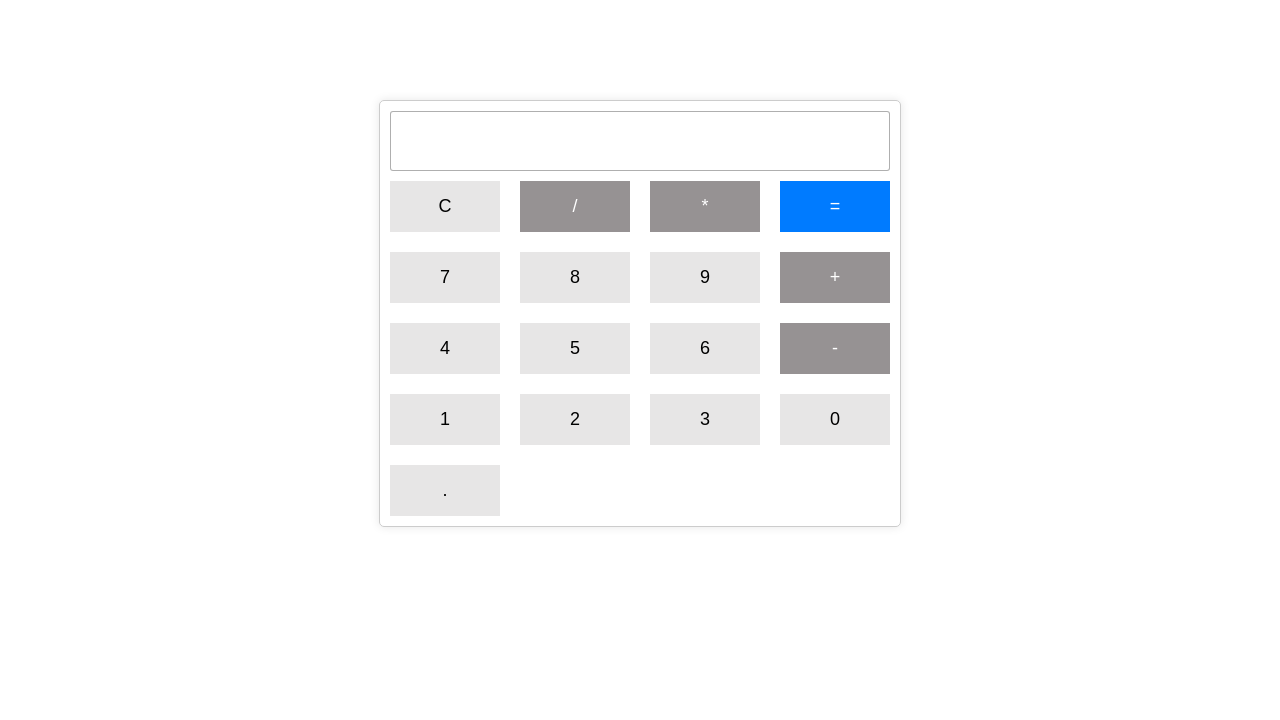
Repository: om9011/calculator
Page: index.html
An editor plug-in stored every save of this project. The page is shown before and after a run of saves, followed by the edit.
The browser window is 1280 px wide. The pictures show the whole page.

Above is the page before, as saved 2024-02-21 11:17:55.

After the next 2 saves:
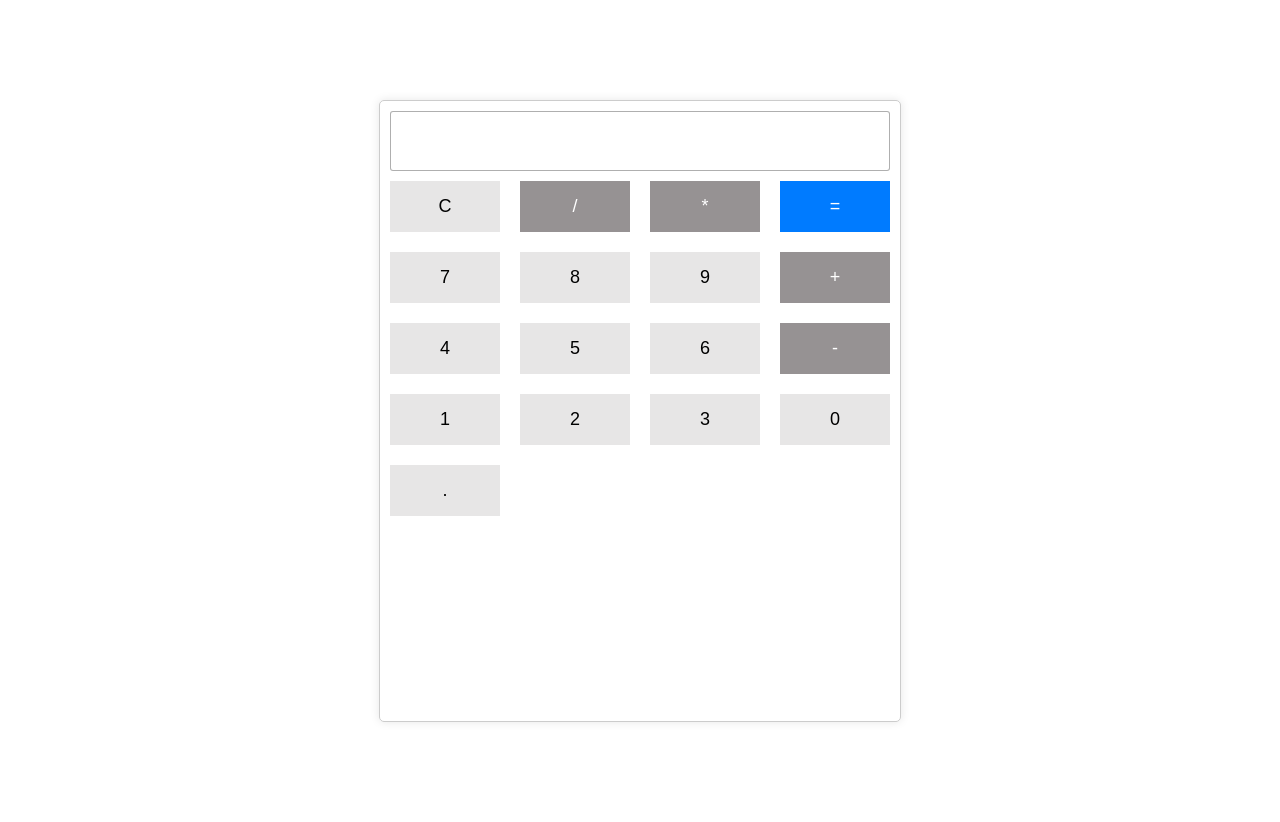
The 2 saves are shown as one change because they came seconds apart.
The last was saved 10 s later.
--- a/styles.css
+++ b/styles.css
@@ -1,5 +1,6 @@
 .calculator {
   width: 500px;
+  height: 600px;
   margin: 100px auto;
   border: 1px solid #ccc;
   padding: 10px;
